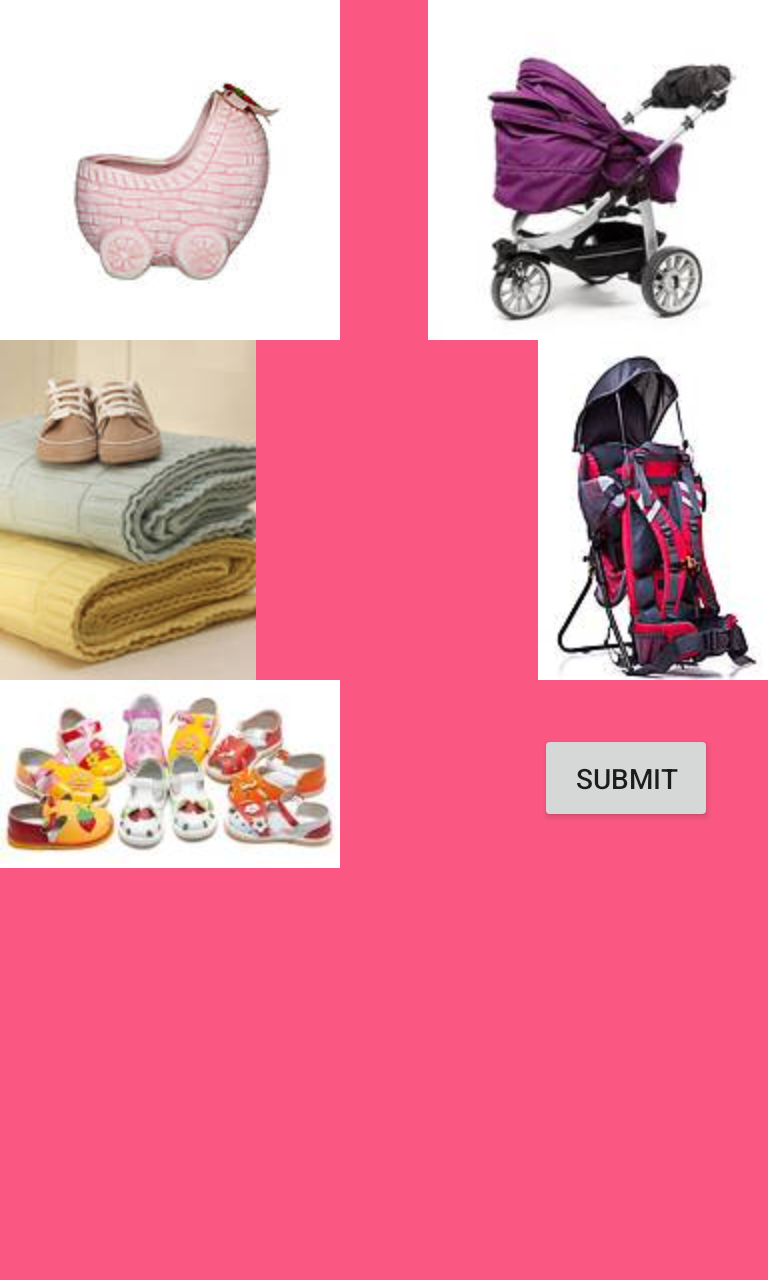
Repository: Clarenaliaka/code-challenge
Layout: ModernMum/res/layout/advert.xml
An editor plug-in stored every save of this project. The layout is shown before and after the next save, followed by the edit.
It is drawn on a 768 x 1280 px phone screen (xhdpi) without system bars, with theme AppTheme; the app's code is not run.

Above is the layout before, as saved 2014-08-03 10:25:30.

### ModernMum/res/layout/advert.xml
<?xml version="1.0" encoding="utf-8"?>
<RelativeLayout xmlns:android="http://schemas.android.com/apk/res/android"
    android:layout_width="match_parent"
    android:layout_height="fill_parent"
    android:background="@color/pink"
    android:orientation="vertical" >

    <ImageButton
        android:id="@+id/ibstroller"
        android:layout_width="wrap_content"
        android:layout_height="wrap_content"
        android:layout_alignParentLeft="true"
        android:layout_alignParentTop="true"
        android:background="@null"
        android:src="@drawable/co" />

    <ImageButton
        android:id="@+id/ibbaby"
        android:layout_width="wrap_content"
        android:layout_height="wrap_content"
        android:layout_alignParentRight="true"
        android:layout_alignParentTop="true"
        android:background="@null"
        android:src="@drawable/baby" />

     <ImageButton
         android:id="@+id/ibnipo"
         android:layout_width="wrap_content"
         android:layout_height="wrap_content"
         android:layout_alignParentLeft="true"
         android:layout_below="@+id/ibstroller"
         android:background="@null"
         android:src="@drawable/clo"
         />

     <ImageButton
         android:id="@+id/ibca"
         android:layout_width="wrap_content"
         android:layout_height="wrap_content"
         android:layout_alignParentRight="true"
         android:layout_below="@+id/ibbaby"
         android:background="@null"
         android:src="@drawable/ca" />

     <ImageButton
         android:id="@+id/ibsa"
         android:layout_width="wrap_content"
         android:layout_height="wrap_content"
         android:layout_alignParentLeft="true"
         android:layout_below="@+id/ibnipo"
         android:background="@null"
         android:src="@drawable/sa" />

     <Button
         android:id="@+id/btnadsubmit"
         android:layout_width="wrap_content"
         android:layout_height="wrap_content"
         android:layout_alignBottom="@+id/ibsa"
         android:layout_alignLeft="@+id/ibca"
         android:layout_marginBottom="21dp"
         android:text="@string/btnsubmit" />

</RelativeLayout>

### ModernMum/res/values/color.xml
<?xml version="1.0" encoding="utf-8"?>
<resources>
    <color name="green">#660</color>
<color name="white">#FFFFFF</color>
<color name="black">#000000</color>
<color name="red">#FA5858</color>
<color name="brown">#2A120A</color>
<color name="grew">#151515</color>
<color name="blue">#4E3B6F</color>
<color name="purple">#AA18A3</color>
<color name="darkbrown">#AA4B18</color>
<color name="orange">#ff6633</color>
<color name="lightpink">#FFB6C1</color>
<color name="pink">#FA5882</color>
</resources>

### ModernMum/res/values/strings.xml
<?xml version="1.0" encoding="utf-8"?>
<resources>

    <string name="app_name">ModernMum</string>
    <string name="btnregister">Register</string>
    <string name="action_settings">Settings</string>
    <string name="btnlogin">Login</string>
    <string name="first">First Name</string>
    <string name="last">Last Name</string>
    <string name="email">Email Address</string>
    <string name="Password">Password</string>
    <string name="phone">Phone Number</string>
    <string name="loce">Location</string>
    <string name="title_activity_register_screen">RegisterScreenActivity</string>
    <string name="hello_world">Hello world!</string>
    <string name="title_activity_login_screen">LoginScreenActivity</string>
    <string name="btnsubmit">Submit</string>
    <string name="btnback">back</string>
    <string name="des">Enter Message</string>
    <string name="stroller">Baby Strollers</string>
    <string name="nipo">Baby Nipple</string>
    <string name="diaper">Diapers</string>

    <string-array name="modern">
        <item>location</item>
        <item>Westlands</item>
        <item>Ngong road</item>
        <item>Loresho</item>
        <item>Kasarani</item>
        <item>Karen</item>
        <item>langata</item>
        <item>Mt.View</item>
        <item>Uthiru</item>
        <item>Parklands</item>
        <item>Upper Hill</item>
        <item>Nairobi West</item>
        <item>South B</item>
        <item>South C</item>
    </string-array>

    <string name="title_activity_advert_screen">AdvertScreenActivity</string>
    <string name="baby">Baby Products</string>
    <string name="title_activity_home_screen">HomeScreenActivity</string>
    <string name="btnadvert">Advertise</string>
    <string name="btnchat">Chat</string>
    <string name="btntips">Tips</string>
    <string name="btnbuy">Buy</string>
    <string name="title_activity_chat">ChatActivity</string>
    <string name="title_activity_contact_screen">ContactScreenActivity</string>

</resources>

Loaded but not shown: ModernMum/res/values/styles.xml (common file); ModernMum/res/values-v11/styles.xml (common file); ModernMum/res/values-v14/styles.xml (common file)

After the next save:
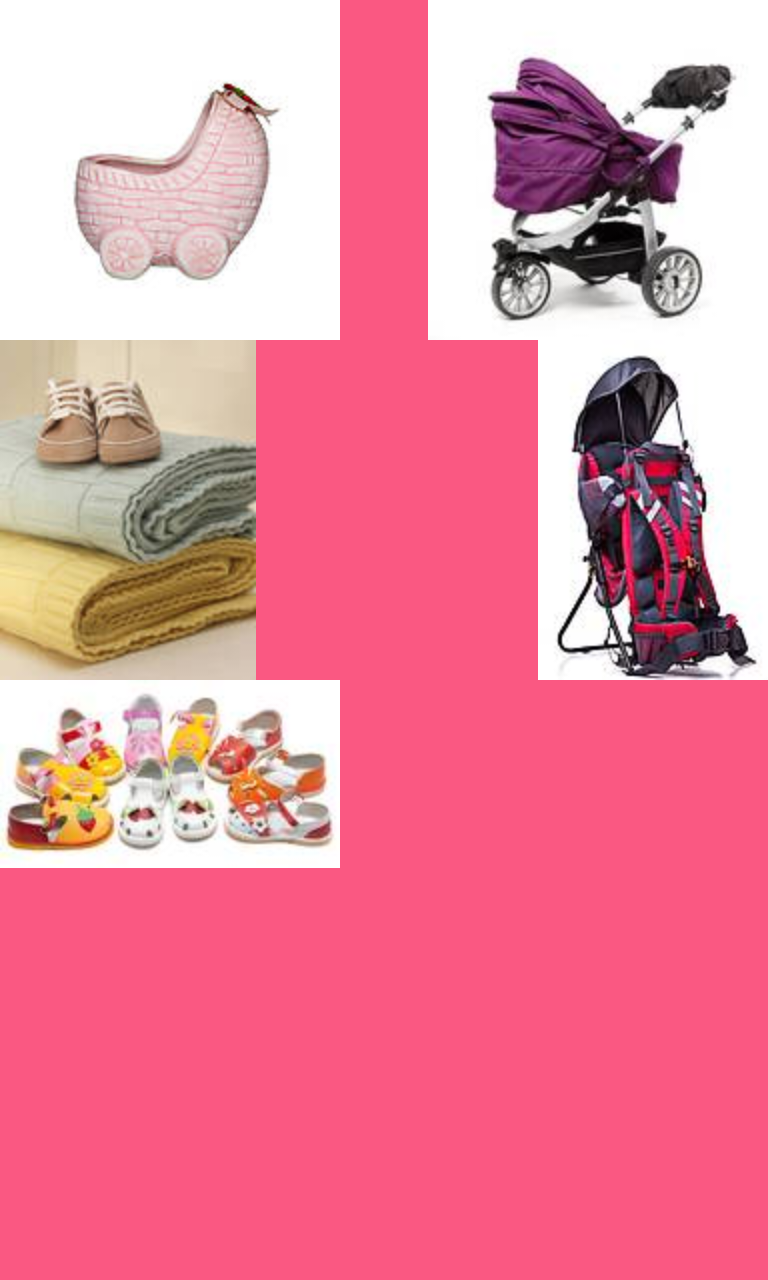
Saved 28 s later.
--- a/ModernMum/res/layout/advert.xml
+++ b/ModernMum/res/layout/advert.xml
@@ -51,13 +51,5 @@
          android:background="@null"
          android:src="@drawable/sa" />
 
-     <Button
-         android:id="@+id/btnadsubmit"
-         android:layout_width="wrap_content"
-         android:layout_height="wrap_content"
-         android:layout_alignBottom="@+id/ibsa"
-         android:layout_alignLeft="@+id/ibca"
-         android:layout_marginBottom="21dp"
-         android:text="@string/btnsubmit" />
 
 </RelativeLayout>
